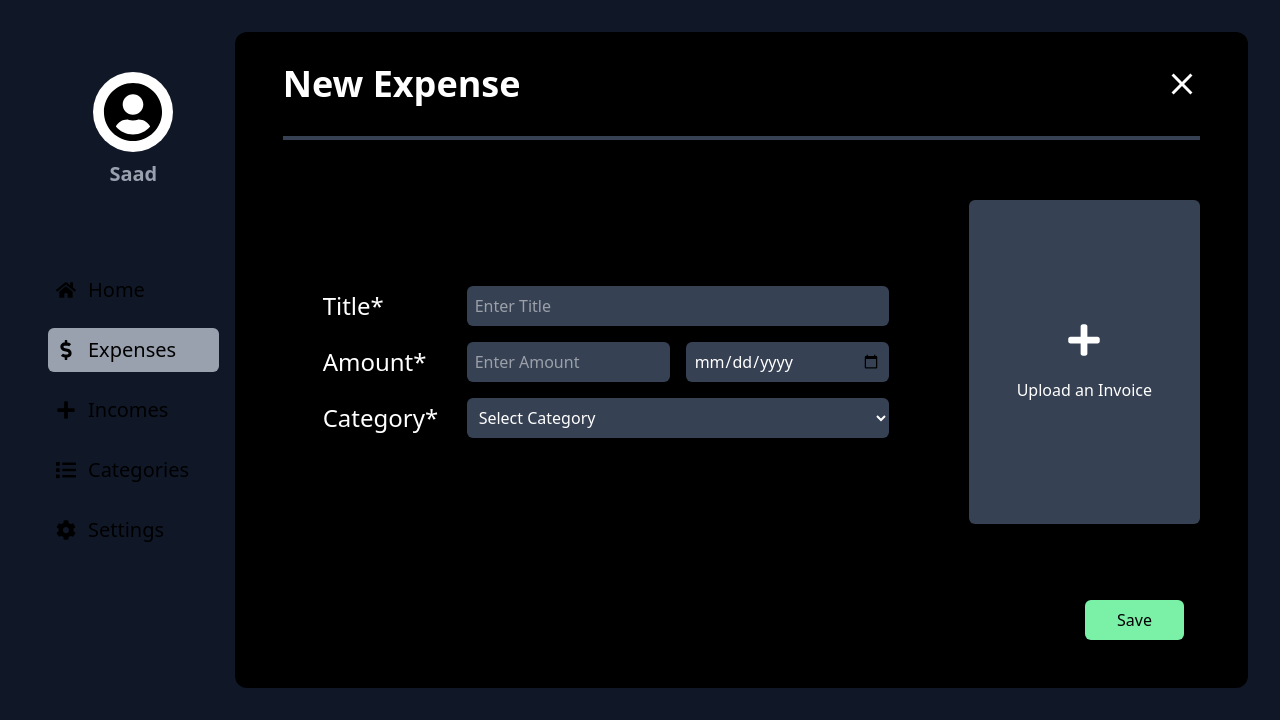
Repository: saad-naveed-brainx/Expense
Page: /expenses
An editor plug-in stored every save of this project. The page is shown before and after the next save, followed by the edit.
The browser window is 1280 px wide. The pictures show the whole page.
The project was rebuilt for these pictures with package versions that can differ from the ones it lists, and the page was loaded fresh each time. Also part of the build but not shown: vite.config.js, src/components/LandingPage.jsx, src/components/NotUsed.jsx.

Above is the page before, as saved 2025-09-04 17:36:46.

### index.html
<!doctype html>
<html lang="en">
  <head>
    <meta charset="UTF-8" />
    <link rel="icon" type="image/svg+xml" href="/vite.svg" />
    <link rel="stylesheet" href="/src/index.css" />
    <meta name="viewport" content="width=device-width, initial-scale=1.0" />
    <title>Vite + React</title>
  </head>
  <body>
    <div id="root"></div>
    <script type="module" src="/src/main.jsx"></script>
  </body>
</html>

### src/index.css
@import "tailwindcss";
@variant dark (.dark &);

### src/main.jsx
import { createRoot } from "react-dom/client";
import { Provider } from "react-redux";
import store from "./redux/store.js";
import "./index.css";
import App from "./App.jsx";

createRoot(document.getElementById("root")).render(

    <Provider store={store}>
      <App />
    </Provider>
);

### src/redux/store.js
import {configureStore} from '@reduxjs/toolkit'
import expenseReducer from './ExpenseSlice'
import themeReducer from './ThemeSlics'

export default configureStore({
    reducer: {
        expense: expenseReducer,
        theme: themeReducer,
    },
})

### src/App.jsx

import { Route,createBrowserRouter,createRoutesFromElements,RouterProvider } from 'react-router-dom'
import RootLayout from './components/RootLayout'
import LandingPage from './components/LandingPage'
import Expenses from './components/Expenses'
import NotUsed from './components/NotUsed'

function App() {

  const router = createBrowserRouter(
    createRoutesFromElements(
      <Route path='/' element={<RootLayout />}>
        <Route index element={<LandingPage />} />
        <Route path='/expenses' element={<Expenses />} />
        <Route path='/incomes' element={<NotUsed pageName="Incomes" />} />
        <Route path='/categories' element={<NotUsed pageName="Categories" />} />
        <Route path='/settings' element={<NotUsed pageName="Settings" />} />
      </Route>
    )
  )

  return (
    <RouterProvider router={router} />
  )
}

export default App

### src/redux/ExpenseSlice.js
import {createSlice } from '@reduxjs/toolkit'
import { v4 as uuidv4 } from 'uuid'


const initialState = {
    expenses: [{
        id: uuidv4(),
        amount: 0,
        date: null,
        category: '',
        description: '',
    }],
}


const expenseSlice = createSlice({
    name: 'expenseSlice',
    initialState,
    reducers:{
        addExpense: (state, action) =>{
            const newExpense = {
                id: uuidv4(),
                amount: action.payload.amount,
                date: new Date().toISOString(),
                category: action.payload.category,
                description: action.payload.description,
                title: '',
            }
            state.expenses.push(newExpense)
        },
        deleteExpense: (state, action) =>{
            state.expenses = state.expenses.filter(expense => expense.id !== action.payload.id)
            },
        editExpense: (state, action) =>{
            const index = state.expenses.findIndex(expense => expense.id === action.payload.id)
            if(index !== -1){
                state.expenses[index] = action.payload
            }
        },
    }
})

export const { addExpense, deleteExpense, editExpense } = expenseSlice.actions
export default expenseSlice.reducer

### src/redux/ThemeSlics.js
import { createSlice } from '@reduxjs/toolkit'

const initialState = {
    isDarkMode: localStorage.getItem('isDarkMode')? JSON.parse(localStorage.getItem('isDarkMode')):true,
}

const themeSlice = createSlice({
    name: 'themeSlice',
    initialState,
    reducers: {
        toggleTheme: (state) => {
            state.isDarkMode = !state.isDarkMode;
            localStorage.setItem('isDarkMode', JSON.stringify(state.isDarkMode));
        }
    }
})

export const { toggleTheme } = themeSlice.actions;

export default themeSlice.reducer;

### src/components/RootLayout.jsx
import React from 'react'
import LeftSection from './LeftSection'

import { Outlet } from 'react-router-dom'

export default function RootLayout() {
  return (
    <div className="flex w-full h-screen p-8 bg-gray-900">
      <div className="w-1/6">
        <LeftSection />
      </div>
      <div className="w-5/6"> <Outlet /></div>
    </div>
  );
}

### src/components/Expenses.jsx
import React from 'react'
import { IoMdClose } from "react-icons/io";
import { FaPlus } from "react-icons/fa";
import { useForm } from "react-hook-form"

export default function Expenses() {
  const {
    register,
    handleSubmit,
    watch,
    formState: { errors },
  } = useForm()

  const onSubmit = (data) => console.log(data)


  return (
    <div className='bg-black rounded-xl p-4 h-full flex flex-col py-8 px-12 text-white gap-15'>
      <div className='flex flex-col gap-8'>
      <div className='flex items-center justify-between'>
        <h1 className='text-white text-4xl font-bold'>New Expense</h1>
        <button className='text-white'>
          <IoMdClose className='text-4xl' />
        </button>
      </div>
      <div className='w-full h-1 bg-gray-700'></div>
      </div>
      <div className='flex items-center justify-evenly h-full gap-10'>
        <div className='w-full'>
          <form className='p-10 flex flex-col gap-4' onSubmit={handleSubmit(onSubmit)}>
            <div className='flex gap-4 items-center'>
              <h1 className='text-2xl w-32 shrink-0'>Title*</h1>
              <input type="text" placeholder='Enter Title' className='bg-gray-700 rounded-md p-2 flex-1 min-w-0' {...register("title", {required:true})} />
            </div>

            <div className='flex gap-4 items-center'>
              <h1 className='text-2xl w-32 shrink-0'>Amount*</h1>
              <input
                type="number"
                min={0}
                placeholder='Enter Amount'
                className='bg-gray-700 rounded-md p-2 flex-1 min-w-0 '
                {...register("amount", { required: true, min: 0, valueAsNumber: true })}
              />
              <input type="date"  placeholder='Select Date' className='bg-gray-700 rounded-md p-2 flex-1 min-w-0' {...register("date", {required:true})} />
            </div>
            <div className='flex gap-4 items-center'>
              <h1 className='text-2xl w-32 shrink-0'>Category*</h1>
              <select placeholder='Select Category' className='bg-gray-700 rounded-md p-2 flex-1 min-w-0' {...register("category", {required:true})}>
                <option className='text-gray-400' value="select">Select Category</option>
                <option value="food">Food</option>
                <option value="transport">Transport</option>
                <option value="housing">Housing</option>
                <option value="utilities">Utilities</option>
              </select>
            </div>
          </form>
        </div>
        <div className='bg-gray-700 rounded-md p-2 h-full w-full flex flex-col gap-5 items-center justify-center cursor-pointer'>
          <FaPlus className='text-4xl' />
          <h1>Upload an Invoice</h1>
        </div>
      </div>

      <div className='flex items-center justify-end p-4'>
          <button type='submit' className='bg-green-300 rounded-md p-2 text-black px-8 py-2
          '>Save</button>
      </div>
    </div>

  )
}

### src/components/LeftSection.jsx
import React from "react";
import { FaUserCircle } from "react-icons/fa";
import NavCard from "./NavCard";
import { FaHome, FaDollarSign, FaPlus, FaList, FaCog } from "react-icons/fa";

const navJson = [
  {
    path: "/",
    title: "Home",
    icon: FaHome,
  },
  {
    path: "/expenses",
    title: "Expenses",
    icon: FaDollarSign,
  },
  {
    path: "/incomes",
    title: "Incomes",
    icon: FaPlus,
  },
  {
    path: "/categories",
    title: "Categories",
    icon: FaList,
  },
  {
    path: "/settings",
    title: "Settings",
    icon: FaCog,
  },
];

export default function LeftSection() {
  return (
    <div className="flex flex-col items-center justify-center p-4 pt-10 gap-20">
      <div className="flex flex-col items-center justify-center gap-2">
        <div className="rounded-full bg-white w-20 h-20 flex items-center justify-center">
          <FaUserCircle className="text-black text-6xl" />
        </div>
        <div className="text-gray-400 text-xl font-bold">Saad</div>
      </div>
      <div className="flex flex-col items-center justify-center gap-4 w-full">
        {navJson.map((item) => (
          <NavCard
            key={item.title}
            title={item.title}
            path={item.path}
            icon={item.icon}
          />
        ))}
      </div>
    </div>
  );
}

### src/components/NavCard.jsx
import React from "react";
import { NavLink } from "react-router-dom";

export default function NavCard({ title, icon: Icon, path }) {
    return (
        <NavLink
            to={path}
            className={({ isActive }) => `flex items-center justify-start cursor-pointer gap-3 p-2 rounded-md w-full ${isActive ? 'bg-gray-400' : ''}`}
        >
            {({ isActive }) => (
                <>
                    <Icon className={`text-black text-xl dark:text-white`} />
                    <h1 className={`text-black text-xl dark:text-white`}>{title}</h1>
                </>
            )}
        </NavLink>
    )
}

After the next save:
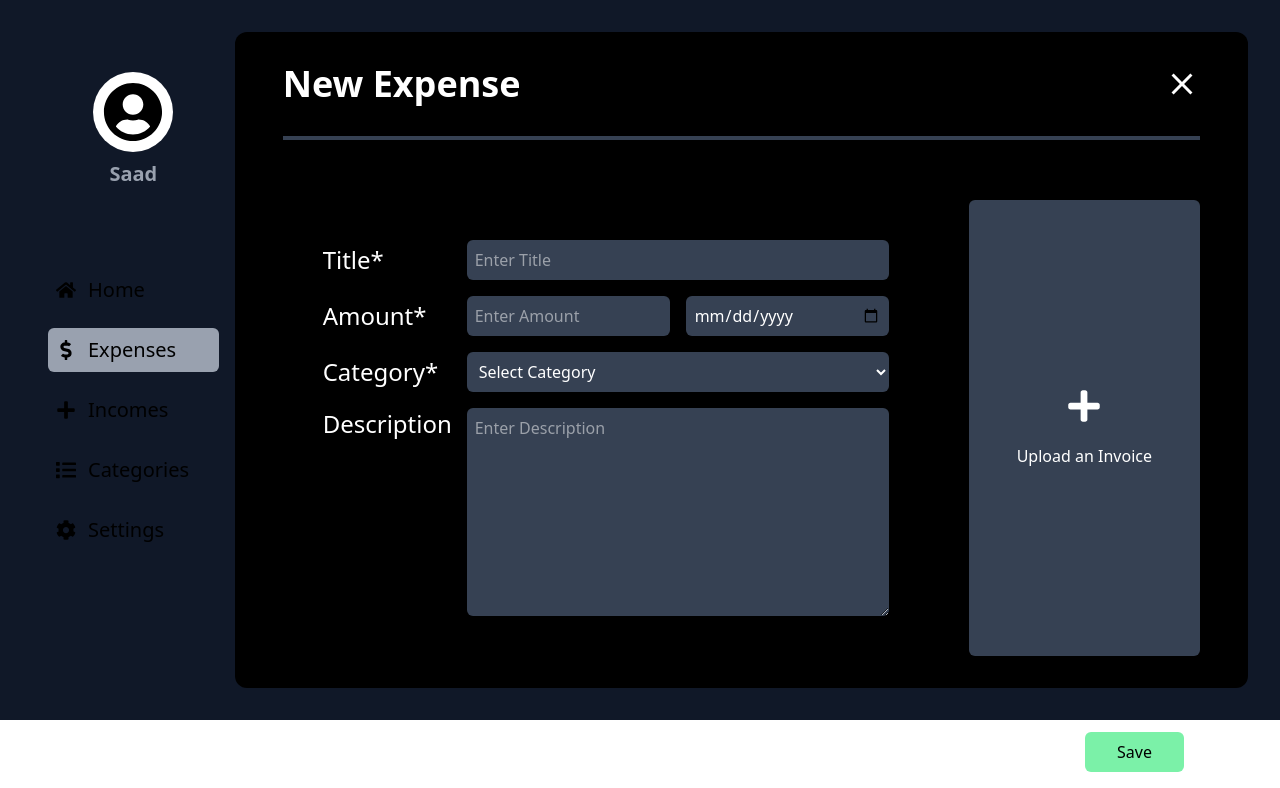
Saved 4 s later.
--- a/src/components/Expenses.jsx
+++ b/src/components/Expenses.jsx
@@ -54,6 +54,10 @@ export default function Expenses() {
                 <option value="utilities">Utilities</option>
               </select>
             </div>
+            <div className='flex gap-4 items-start'>
+              <h1 className='text-2xl w-32 shrink-0'>Description</h1>
+              <textarea rows="8" type="text" placeholder='Enter Description' className='bg-gray-700 rounded-md p-2 flex-1 min-w-0' {...register("description")} />
+            </div>
           </form>
         </div>
         <div className='bg-gray-700 rounded-md p-2 h-full w-full flex flex-col gap-5 items-center justify-center cursor-pointer'>
